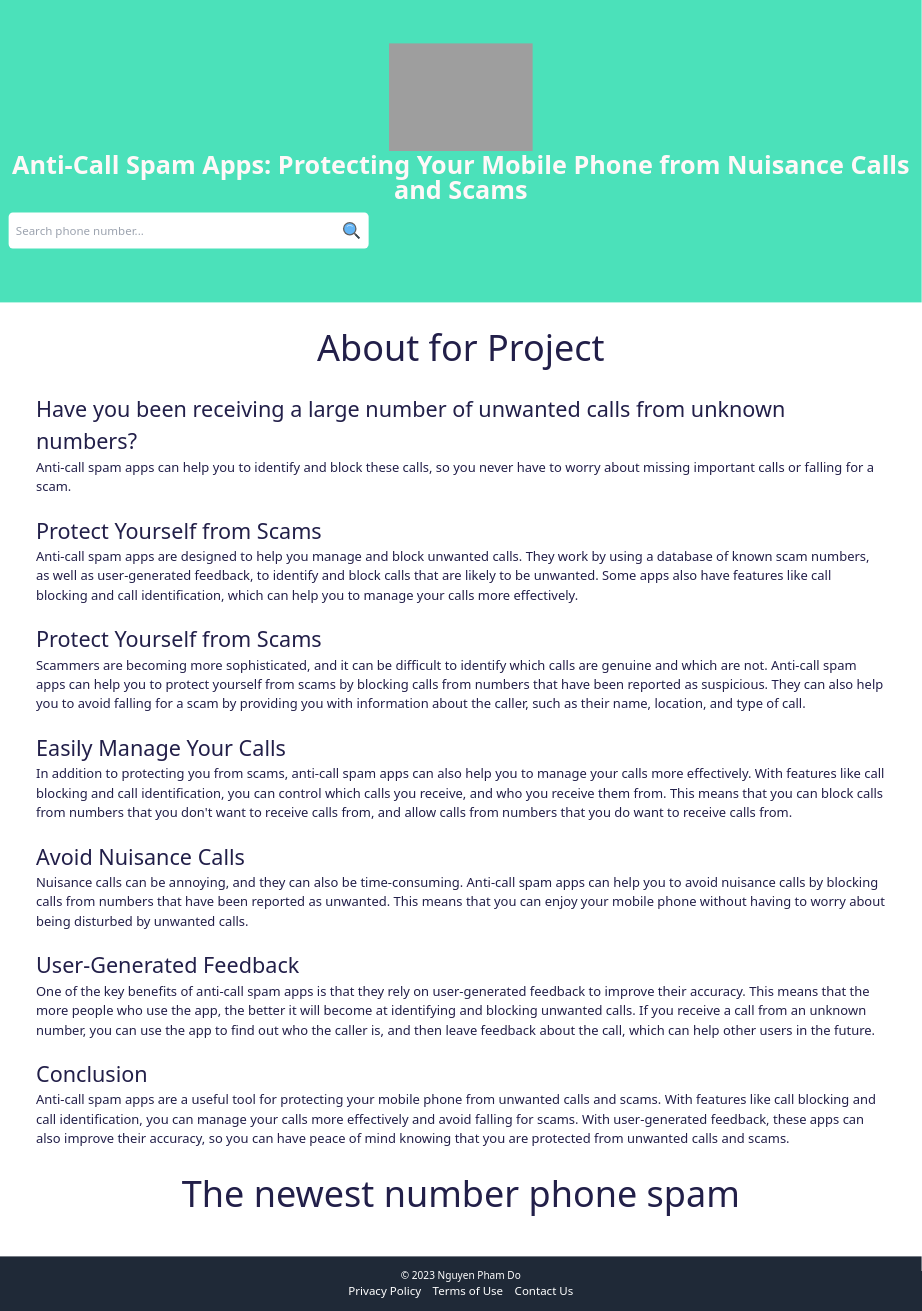
Repository: NPham1402/Web-user-callSpamBlocker
Page: /
The author's editor kept a copy of each file at every save. The page is drawn from the files as they stood at one save, then again after the next save.
The browser window is 1280 px wide. The pictures show the whole page, at 72% of full size.
Pictures or frames that could not be fetched are drawn as grey boxes. The page's requests for data from a server got no answer. The project was rebuilt for these pictures with package versions that can differ from the ones it lists, and the page was loaded fresh each time. The framework's server and built-in components were replaced by stand-ins that run in the browser. No one was signed in, and anything a server would have sent is missing. Also part of the build but not shown: next.config.js, styles/Home.module.css, pages/detail.js, pages/components/numberPhone.js.

Above is the page before, as saved 2023-02-09 21:06:36.

After the next save:
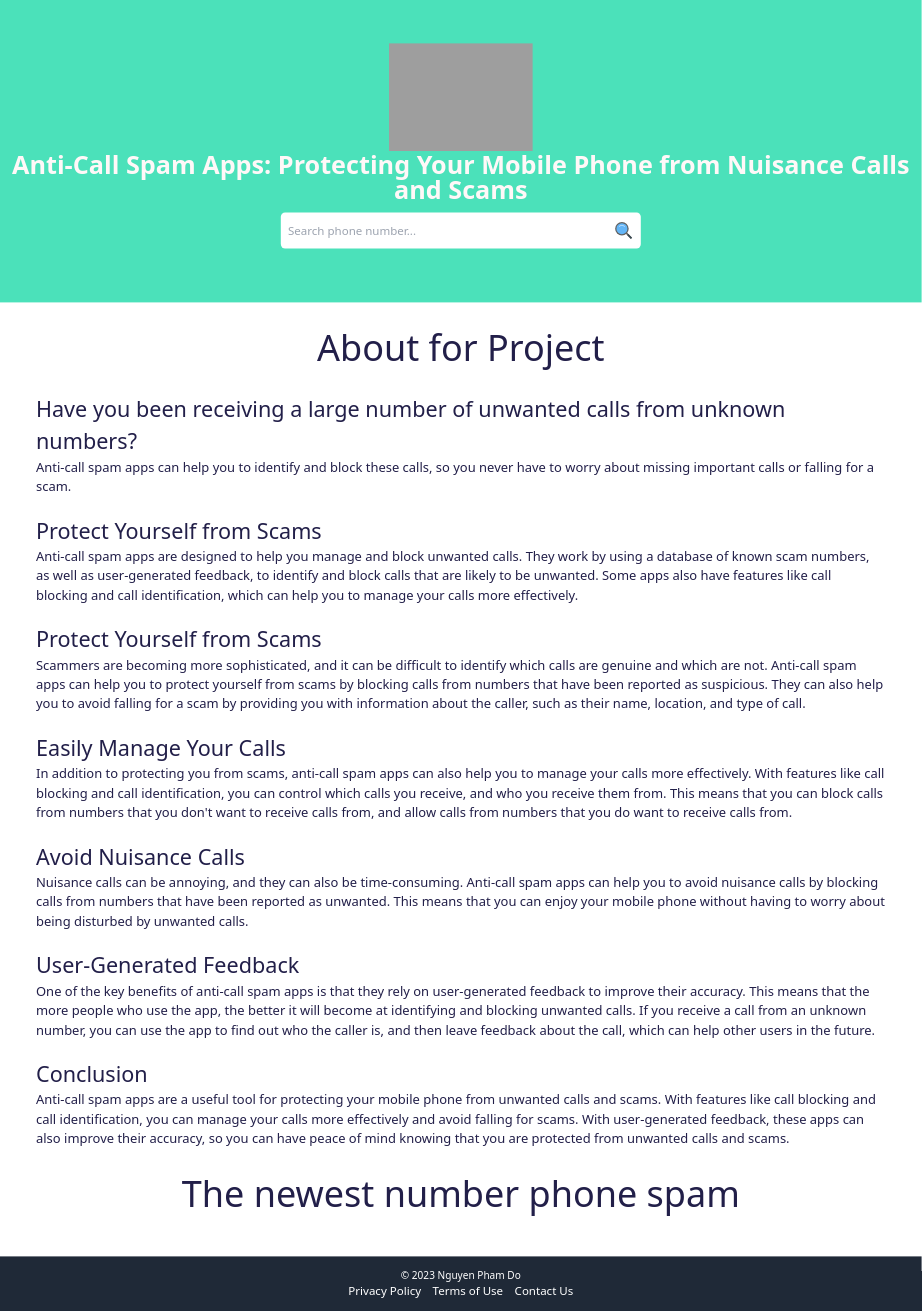
Saved 15 s later.
--- a/pages/index.js
+++ b/pages/index.js
@@ -37,7 +37,7 @@ export default function Home() {
             Anti-Call Spam Apps: Protecting Your Mobile Phone from Nuisance
             Calls and Scams
           </p>
-          <div className="flex flex-row p-[10px] rounded-[6px] text-center   w-[500px] h-[50px] ml-[12px] mt-[15px] bg-white">
+          <div className="flex flex-row p-[10px] rounded-[6px] text-center   w-[500px] h-[50px] mx-auto mt-[15px] bg-white">
             <input
               className="w-full h-full "
               placeholder="Search phone number..."
